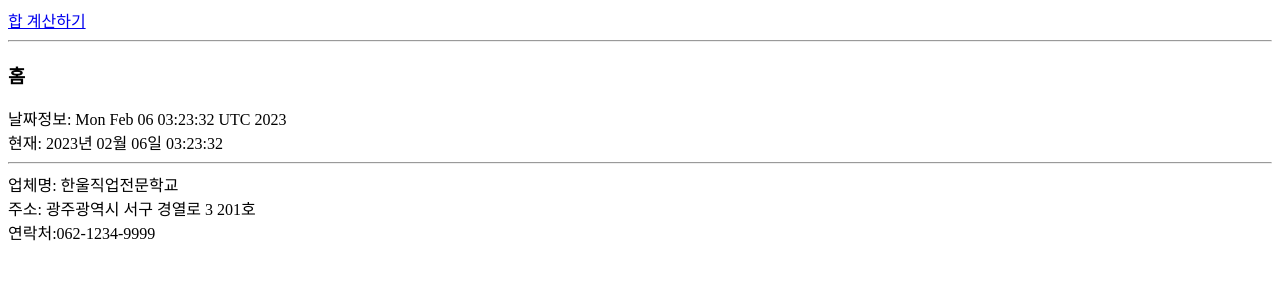
Repository: linklifejo/study_web
Page: http://localhost/servlet02/
The author's editor kept a copy of each file at every save. The page is drawn from the files as they stood at one save, then again after the next save.
The browser window is 1280 px wide. The pictures show the whole page.
The page is served by Tomcat 9.

Above is the page before, as saved 2023-02-06 03:56:47.

After the next save:
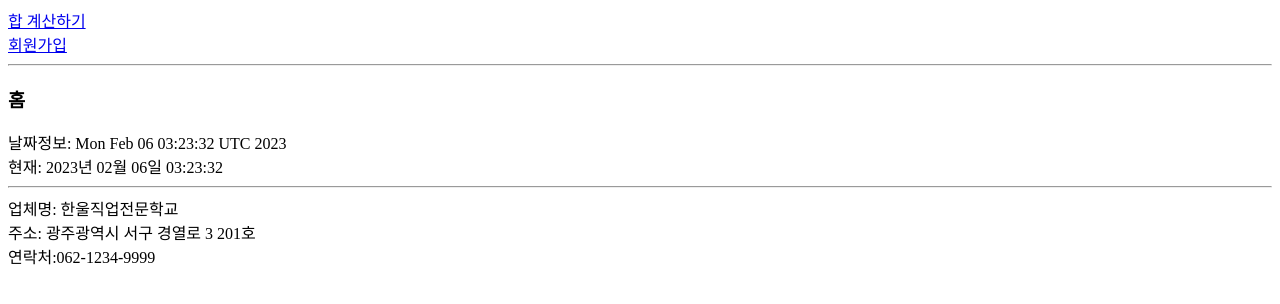
Saved 4 min 33 s later.
--- a/servlet02/src/main/webapp/index.jsp
+++ b/servlet02/src/main/webapp/index.jsp
@@ -9,6 +9,7 @@
 </head>
 <body>
 <div><a href='sum.jsp'>합 계산하기</a></div>
+<div><a href='member/join.jsp'>회원가입</a></div>
 <hr>
 <h3>홈</h3>
 <%
